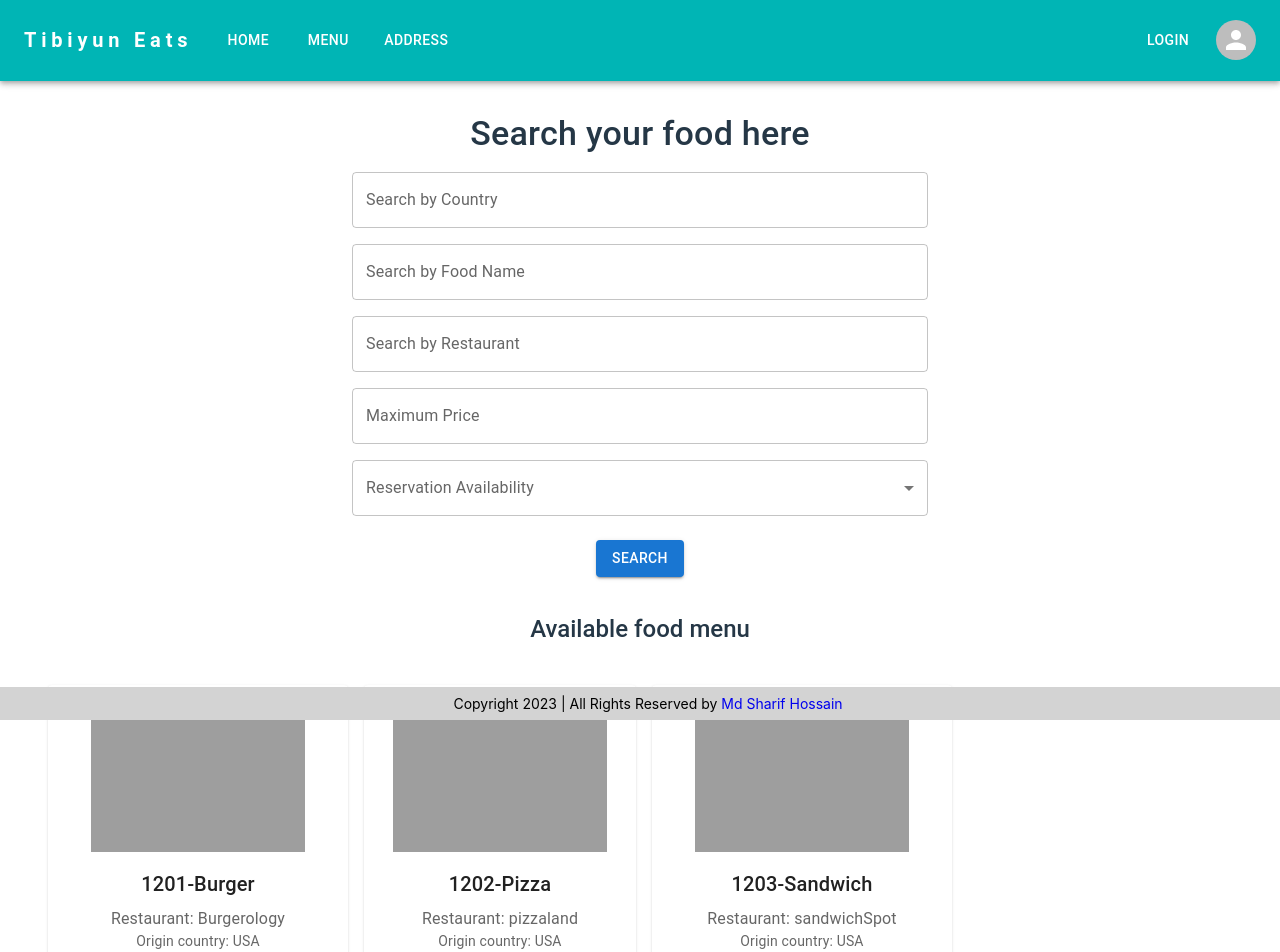
Repository: Sharif-00112/tibiyun-test-frontend
Page: /
These files come from the project's save history. The page is drawn as it stood at one moment and after the next save; the edit follows.
The browser window is 1280 px wide. The pictures show the part of the page from y = 0 to 952 px (the page is 3146 px tall).
Pictures or frames that could not be fetched are drawn as grey boxes. The page's requests for data from a server got no answer. The project was rebuilt for these pictures with package versions that can differ from the ones it lists, and the page was loaded fresh each time. No one was signed in, and anything a server would have sent is missing. Also part of the build but not shown: src/Pages/NotFound/NotFound.js, src/Pages/Login/Login/Login.js, src/Pages/Login/Register/Register.js, src/Pages/Dashboard/Dashboard/Dashboard.js, src/Pages/Login/PrivateRoute/PrivateRoute.js, src/Pages/Dashboard/AdminPanel/AdminPanel.js. Imported but missing from the stored project, and not drawn on this page: src/Pages/Login/AdminRoute/AdminRoute, src/hooks/useTitle.

Above is the page before, as saved 2023-08-22 15:14:37.

### src/App.js
// import logo from './logo.svg';
import './App.css';
import { BrowserRouter as Router, Route, Routes} from 'react-router-dom';
import Home from './Pages/Home/Home/Home';
import NotFound from './Pages/NotFound/NotFound';
import Login from './Pages/Login/Login/Login';
import Register from './Pages/Login/Register/Register';
import AuthProvider from './contexts/AuthProvider/AuthProvider';
import Dashboard from './Pages/Dashboard/Dashboard/Dashboard';
import PrivateRoute from './Pages/Login/PrivateRoute/PrivateRoute';
import Navbar from './Pages/Shared/Header/Navbar/Navbar';
import Footer from './Pages/Shared/Footer/Footer';
import AdminRoute from './Pages/Login/AdminRoute/AdminRoute';
import AdminPanel from './Pages/Dashboard/AdminPanel/AdminPanel';


function App() {
  return (
    <div className="App">
      <AuthProvider>
        <Router>
          <Navbar></Navbar>
          <Routes>
            <Route exact path = '/' element={<Home/>}/>
            <Route exact path = '/home' element={<Home/>}/>
            <Route exact path='/login' element={<Login/>} />
            <Route exact path='/register' element={<Register/>} />

            <Route exact path='/dashboard' element={
              <PrivateRoute>
                <Dashboard></Dashboard>
              </PrivateRoute>
            } />

            <Route exact path='/admin' element={
              <AdminRoute>
                <AdminPanel></AdminPanel>
              </AdminRoute>
            } />

            <Route path = '*' element={<NotFound/>}/>
          </Routes>
          <Footer></Footer>
        </Router>
      </AuthProvider>
    </div>
  );
}

export default App;

### src/Pages/Home/Home/Home.js
import React from 'react';
import WholeMenu from '../WholeMenu/WholeMenu';

const Home = () => {
    return (
        <div>
            <WholeMenu></WholeMenu>
        </div>
    );
};

export default Home;

### src/contexts/AuthProvider/AuthProvider.js
import React from 'react';
import { createContext } from 'react';
import useFirebase from '../../hooks/useFirebase';

export const AuthContext = createContext();

const AuthProvider = (props) => {
    const {children} = props;

    const allContexts = useFirebase();

    return (
        <AuthContext.Provider value={allContexts}>
            {children}
        </AuthContext.Provider>
    );
};

export default AuthProvider;

### src/Pages/Shared/Footer/Footer.js
import { Box, Typography } from '@mui/material';
import React from 'react';

const Footer = () => {
    return (
        <Box
            sx={{
                backgroundColor: 'lightgray',
                position: 'fixed',
                bottom: 0,
                left: 0,
                width: '100%',
                padding: '8px',
                marginTop: '15px'
            }}
        >
            <Typography sx={{ my: 0, mt: 0, fontSize: 14, fontWeight: 400 }} variant="" component="div">
                Copyright 2023 | All Rights Reserved by <a style={{textDecoration: 'none'}} href="http://www.sharif-hossain.com">Md Sharif Hossain</a>
            </Typography>
        </Box>
    );
};

export default Footer;

### src/Pages/Home/WholeMenu/WholeMenu.js
import React, { useState, useEffect } from 'react';
import Grid from '@mui/material/Grid';
import { Button, Container, Typography, TextField, MenuItem as MuiMenuItem } from '@mui/material';
import { Link } from 'react-router-dom';
import MenuItem from '../MenuItem/MenuItem';
import useAuth from '../../../hooks/useAuth';

const WholeMenu = () => {
    const { user } = useAuth();

    const [menu, setMenu] = useState([]);
    const [searchCountry, setSearchCountry] = useState('');
    const [searchFoodName, setSearchFoodName] = useState('');
    const [searchRestaurant, setSearchRestaurant] = useState('');
    const [searchMaxPrice, setSearchMaxPrice] = useState('');
    const [searchReservation, setSearchReservation] = useState('');
    const [searchResults, setSearchResults] = useState([]);

    useEffect(() => {
        const url = `/foodDB.json`;
        fetch(url)
            .then(res => res.json())
            .then(data => {
                setMenu(data);
                setSearchResults(data);
            });
    }, []);

    const filterMenuItems = () => {
        return menu.filter(menuItem =>
            menuItem.foodCountry.toLowerCase().includes(searchCountry.toLowerCase()) &&
            menuItem.foodName.toLowerCase().includes(searchFoodName.toLowerCase()) &&
            menuItem.restaurantName.toLowerCase().includes(searchRestaurant.toLowerCase()) &&
            (searchMaxPrice === '' || parseFloat(menuItem.foodPrice) <= parseFloat(searchMaxPrice)) &&
            (searchReservation === '' || menuItem.reservationAvailability.toLowerCase() === searchReservation.toLowerCase())
        );
    };

    const handleSearchSubmit = () => {
        // search operation
        const results = filterMenuItems();
        setSearchResults(results);

        // sending data to DB
        sendSearchResultsToDatabase(results);
    };

    const sendSearchResultsToDatabase = (results) => {
        const userEmail = user.email; // Replace with the actual user's email
        const currentDate = new Date().toISOString(); // Get the current date and time

        const dataToSend = {
            userEmail: userEmail,
            currentDate: currentDate,
            searchedBy: {searchCountry, searchFoodName, searchRestaurant, searchMaxPrice, searchReservation},
            searchResults: results,
        };

        const apiUrl = 'http://localhost:3010/searchResults';
        fetch(apiUrl, {
            method: 'POST',
            headers: {
                'Content-Type': 'application/json',
            },
            body: JSON.stringify(dataToSend),
        })
        .then(response => response.json())
        .then(data => {
            // console.log(data);
            if(data.insertedId){
                alert('Search result submitted successfully!');
            }
        })
        .catch(error => {
            console.error('Error sending search results to the database:', error);
        });
    };


    return (
        <div>
            <Container sx={{ flexGrow: 1, my: 4 }}>
                <Typography sx={{ fontWeight: 500, m: '25px auto 10px auto', color: '#253746' }} gutterBottom variant="h4" component="div">
                    Search your food here
                </Typography>

                <TextField
                    label="Search by Country"
                    value={searchCountry}
                    onChange={(e) => setSearchCountry(e.target.value)}
                    fullWidth
                    variant="outlined"
                    sx={{ m: 1, width: '50%' }}
                />

                <TextField
                    label="Search by Food Name"
                    value={searchFoodName}
                    onChange={(e) => setSearchFoodName(e.target.value)}
                    fullWidth
                    variant="outlined"
                    sx={{ m: 1, width: '50%' }}
                />

                <TextField
                    label="Search by Restaurant"
                    value={searchRestaurant}
                    onChange={(e) => setSearchRestaurant(e.target.value)}
                    fullWidth
                    variant="outlined"
                    sx={{ m: 1, width: '50%' }}
                />

                <TextField
                    label="Maximum Price"
                    type="number"
                    value={searchMaxPrice}
                    onChange={(e) => setSearchMaxPrice(e.target.value)}
                    fullWidth
                    variant="outlined"
                    sx={{ m: 1, width: '50%' }}
                />

                <TextField
                    select
                    label="Reservation Availability"
                    value={searchReservation}
                    onChange={(e) => setSearchReservation(e.target.value)}
                    fullWidth
                    variant="outlined"
                    sx={{ m: 1, width: '50%' }}
                >
                    <MuiMenuItem value="">All</MuiMenuItem>
                    <MuiMenuItem value="yes">Available</MuiMenuItem>
                    <MuiMenuItem value="no">Not Available</MuiMenuItem>
                </TextField>
                <br />
                {/* Submit Button */}
                <Button
                    variant="contained"
                    color="primary"
                    onClick={handleSearchSubmit}
                    sx={{ mt: 2 }}
                >
                    Search
                </Button>
                <br /><br />
                <Typography sx={{ fontWeight: 500, m: 2, color: '#253746' }} gutterBottom variant="h5" component="div">
                    Available food menu
                </Typography>
                <br /><br />
                <Grid container spacing={{ xs: 2, md: 3 }} columns={{ xs: 12, sm: 12, md: 12 }}>
                    {searchResults.map(menuItem => (
                        <MenuItem
                            key={menuItem.ID}
                            menuItem={menuItem}
                        />
                    ))}
                </Grid>
            </Container>
            <Typography sx={{ m: 1, color: '#2b6777', fontWeight: 400 }} variant="h6" component="div">
                Looking for something else?
            </Typography>
            <Button variant="contained" style={{ backgroundColor: '#253746' }} sx={{ mb: 4, textDecoration: 'none' }}>
                <Link to={'/contact'} style={{ textDecoration: 'none', color: 'white' }}>Contact US</Link>
            </Button>
            <br /><br />
        </div>
    );
};

export default WholeMenu;

### src/hooks/useAuth.js
import { useContext } from "react"
import { AuthContext } from "../../src/contexts/AuthProvider/AuthProvider"

const useAuth = () =>{
    return useContext(AuthContext);
}

export default useAuth;

### src/hooks/useFirebase.js
import { useState } from "react";
import initializeAuthentication from "../Pages/Login/Firebase/firebase.initialize";
import { getAuth, signInWithPopup, GoogleAuthProvider, onAuthStateChanged, signOut, createUserWithEmailAndPassword, signInWithEmailAndPassword, sendPasswordResetEmail, updatePassword, sendEmailVerification, updateProfile, getIdToken } from "firebase/auth";
import { useEffect } from "react";

initializeAuthentication();

const useFirebase = () =>{
    const [user, setUser] = useState({});
    const [error, setError] = useState('');
    const [name, setName] = useState('');
    const [email, setEmail] = useState('');
    const [password, setPassword] = useState('');
    const [isLoading, setIsLoading] = useState(true);
    const [admin, setAdmin] = useState(false);
    const [token, setToken] = useState('');

    const googleProvider = new GoogleAuthProvider();
    const auth = getAuth();

    const signInUsingGoogle = (location, navigate) =>{
      setIsLoading(true);
      signInWithPopup(auth, googleProvider)
      .then((result) => {
          // This gives you a Google Access Token. You can use it to access the Google API.
          // const credential = GoogleAuthProvider.credentialFromResult(result);
          // const token = credential.accessToken;
          // The signed-in user info.
          setUser(result.user);
          // save user to the database
          saveUserToDB(result.user.email, result.user.displayName, 'PUT');
          const destination = location?.state?.from || '/dashboard';
          navigate(destination);
      }).catch((error) => {
          // Handle Errors here.
          setError(error.code);
          setError(error.message);
          // The email of the user's account used.
          setError(error.customData.email);
          // The AuthCredential type that was used.
          setError(GoogleAuthProvider.credentialFromError(error));
      }).finally(() =>{
        setIsLoading(false);
      });
    };

    const customLogin = (email, password, location, navigate) =>{
      setIsLoading(true);
      signInWithEmailAndPassword(auth, email, password)
      .then((userCredential) => {
        // Signed in
        const destination = location?.state?.from || '/';
        navigate(destination);
        setUser(userCredential.user);
        setError('');
      })
      .catch((error) => {
        setError(error.code);
        setError(error.message);
      })
      .finally(() => setIsLoading(false));
    };

    const customRegister = (email, password, navigate, name) =>{
      setIsLoading(true);
      createUserWithEmailAndPassword(auth, email, password)
      .then((userCredential) => {
        // Signed in
        // updating name in firebase
        updateProfile(auth.currentUser, {
          displayName: name
        }).then(() => {
          // Profile updated!
        }).catch((error) => {
          setError(error.code);
          setError(error.message);
        });
        // const user = userCredential.user;
        // console.log(user);
        setUser(userCredential.user);
        // save user to the database
        saveUserToDB(userCredential.user.email, userCredential.user.displayName, 'POST')
        // clear error message
        setError('');
        alert("Registration successful. Please login now");
        logout();
        navigate('/login')
      })
      .catch((error) => {
        setError(error.code);
        setError(error.message);
      })
      .finally(() => setIsLoading(false));
    };

    const handleLoginSubmitBtn = e =>{
      e.preventDefault();
      // console.log(email, password);
      customLogin(email, password);
    }

    const handleRegisterSubmitBtn = e =>{
      e.preventDefault();
      // console.log(email, password);

      if(!/.{8,}/.test(password)){
        setError('Ensure password is of minimum length 8');
        return;
      }
      customRegister(email, password);
    }

    const handleNameChange = e =>{
      setName(e.target.value);
    }

    const handleEmailChange = e =>{
      setEmail(e.target.value);
    }

    const handlePasswordChange = e =>{
      setPassword(e.target.value);
    }

    const handleForgotPassword = () =>{
      sendPasswordResetEmail(auth, email)
      .then(() => {
        // Password reset email sent!
      })
      .catch((error) => {
        setError(error.code);
        setError(error.message);
      });
    }

    const handleChangePassword = () =>{
      const user = auth.currentUser;
      const newPassword = password;
      updatePassword(user, newPassword).then(() => {
        // Update successful.
      }).catch((error) => {
        setError(error.code);
        setError(error.message);
      });
    }

    const setUserName = () =>{
      updateProfile(auth.currentUser, {
        displayName: name
      }).then(() => {
        // Profile updated!
      }).catch((error) => {
        setError(error.code);
        setError(error.message);
      });
    }

    const verifyEmail = () =>{
      sendEmailVerification(auth.currentUser)
      .then(() => {
        // Email verification sent!
      }).catch((error) => {
        setError(error.code);
        setError(error.message);
      });
    }

    //observe user login change
    useEffect(()=>{
        const unsubscribe = onAuthStateChanged(auth, (user) => {
            if (user) {
              // User is signed in
              setUser(user);

              //JWT (different style from Firebase documentation)
              getIdToken(user)
              // .then(idToken => console.log(idToken))
              // .then(idToken => localStorage.setItem('idToken', idToken))
              .then(idToken => setToken(idToken))

            } else {
              // User is signed out
              setUser({});
            }
            setIsLoading(false);
          });
          return () => unsubscribe;
    },[auth]);

    // check Admin
    useEffect( () =>{
      fetch(`http://localhost:3010/users/${user.email}`)
      .then(res => res.json())
      .then(data => setAdmin(data.admin))
    } ,[user.email])

    const logout = () =>{
      setIsLoading(true);
      signOut(auth)
      .then(() => {
          // Sign-out successful.
          setUser({});
        }).catch((error) => {
          setError(error);
        }).finally(()=>{
          setIsLoading(false);
        });
    }

    const saveUserToDB = (email, displayName, method) =>{
      const user = {email, displayName};
      fetch('http://localhost:3010/users', {
          method: method,
          headers: {
              'content-type' : 'application/json'
          },
          body: JSON.stringify(user)
      })
      .then()
    }

    return {
      signInUsingGoogle,
      customLogin,
      customRegister,
      handleLoginSubmitBtn,
      handleRegisterSubmitBtn,
      handleNameChange,
      handleEmailChange,
      handlePasswordChange,
      handleForgotPassword,
      handleChangePassword,
      verifyEmail,
      setUserName,
      logout,
      user,
      admin,
      error,
      isLoading,
      token
    };
}

export default useFirebase;

### src/Pages/Home/MenuItem/MenuItem.js
import React from 'react';
import Grid from '@mui/material/Unstable_Grid2';
import Card from '@mui/material/Card';
import CardActions from '@mui/material/CardActions';
import CardContent from '@mui/material/CardContent';
import CardMedia from '@mui/material/CardMedia';
import Button from '@mui/material/Button';
import Typography from '@mui/material/Typography';


const MenuItem = (props) => {
    const { foodCode, foodName, foodImage, foodCountry, foodPrice, restaurantName, restaurantAddress, reservationAvailability } = props.menuItem;

    return (
        <Grid xs={6} sm={4} md={3} >
            <Card sx={{ maxWidth: 300, m:1 }}>
                <CardMedia
                    component="img"
                    src={foodImage}
                    alt={foodName}
                    style={{ width: 'auto', height: 160, margin: '0 auto', marginTop: '7px'}}
                />
                <CardContent>
                    <Typography gutterBottom variant="h6" component="div" sx={{ overflow: 'hidden', textOverflow: 'ellipsis', display: '-webkit-box', WebkitBoxOrient: 'vertical', WebkitLineClamp: 1 }}>
                        {foodCode}-{foodName}
                    </Typography>
                    <Typography variant="body1" color="text.secondary" sx={{ overflow: 'hidden', textOverflow: 'ellipsis', display: '-webkit-box', WebkitBoxOrient: 'vertical', WebkitLineClamp: 1 }}>
                        Restaurant: {restaurantName}
                    </Typography>
                    <Typography variant="body2" color="text.secondary" sx={{ overflow: 'hidden', textOverflow: 'ellipsis', display: '-webkit-box', WebkitBoxOrient: 'vertical', WebkitLineClamp: 1 }}>
                        Origin country: {foodCountry}
                    </Typography>
                    <Typography variant="body2" color="text.secondary" sx={{ overflow: 'hidden', textOverflow: 'ellipsis', display: '-webkit-box', WebkitBoxOrient: 'vertical', WebkitLineClamp: 1 }}>
                        Address: {restaurantAddress}
                    </Typography>
                    <Typography variant="body2" color="text.secondary" sx={{ overflow: 'hidden', textOverflow: 'ellipsis', display: '-webkit-box', WebkitBoxOrient: 'vertical', WebkitLineClamp: 1 }}>
                        Res. Requirement: {reservationAvailability}
                    </Typography>
                </CardContent>
                <CardActions  style={{ display: 'flex', justifyContent: 'space-around' }}>
                    <Button size="small">BDT {foodPrice}</Button>
                    <Button size="small">Order Online</Button>
                </CardActions>
            </Card>
        </Grid>
    );
};

export default MenuItem;

### src/Pages/Login/Firebase/firebase.initialize.js
// console.log(process.env);
import { initializeApp } from "firebase/app";
import firebaseConfig from "./firebase.config";

const initializeAuthentication = () =>{
    initializeApp(firebaseConfig);
}

export default initializeAuthentication;

### src/Pages/Login/Firebase/firebase.config.js
// console.log(process.env);

const firebaseConfig = {
    apiKey: process.env.REACT_APP_FIREBASE_API_KEY,
    authDomain: process.env.REACT_APP_FIREBASE_AUTH_DOMAIN,
    projectId: process.env.REACT_APP_FIREBASE_PROJECT_ID,
    storageBucket: process.env.REACT_APP_FIREBASE_STORAGE_BUCKET,
    messagingSenderId: process.env.REACT_APP_FIREBASE_MESSAGING_SENDER_ID,
    appId: process.env.REACT_APP_FIREBASE_APP_ID,
    measurementId: process.env.REACT_APP_FIREBASE_MEASUREMENT_ID
  };

  export default firebaseConfig;

Loaded but not shown: src/index.js (common file); src/index.css (common file); src/reportWebVitals.js (common file); src/App.css (common file); public/foodDB.json (202 lines, source omitted); src/Pages/Shared/Header/Navbar/Navbar.js (229 lines, source omitted)

After the next save:
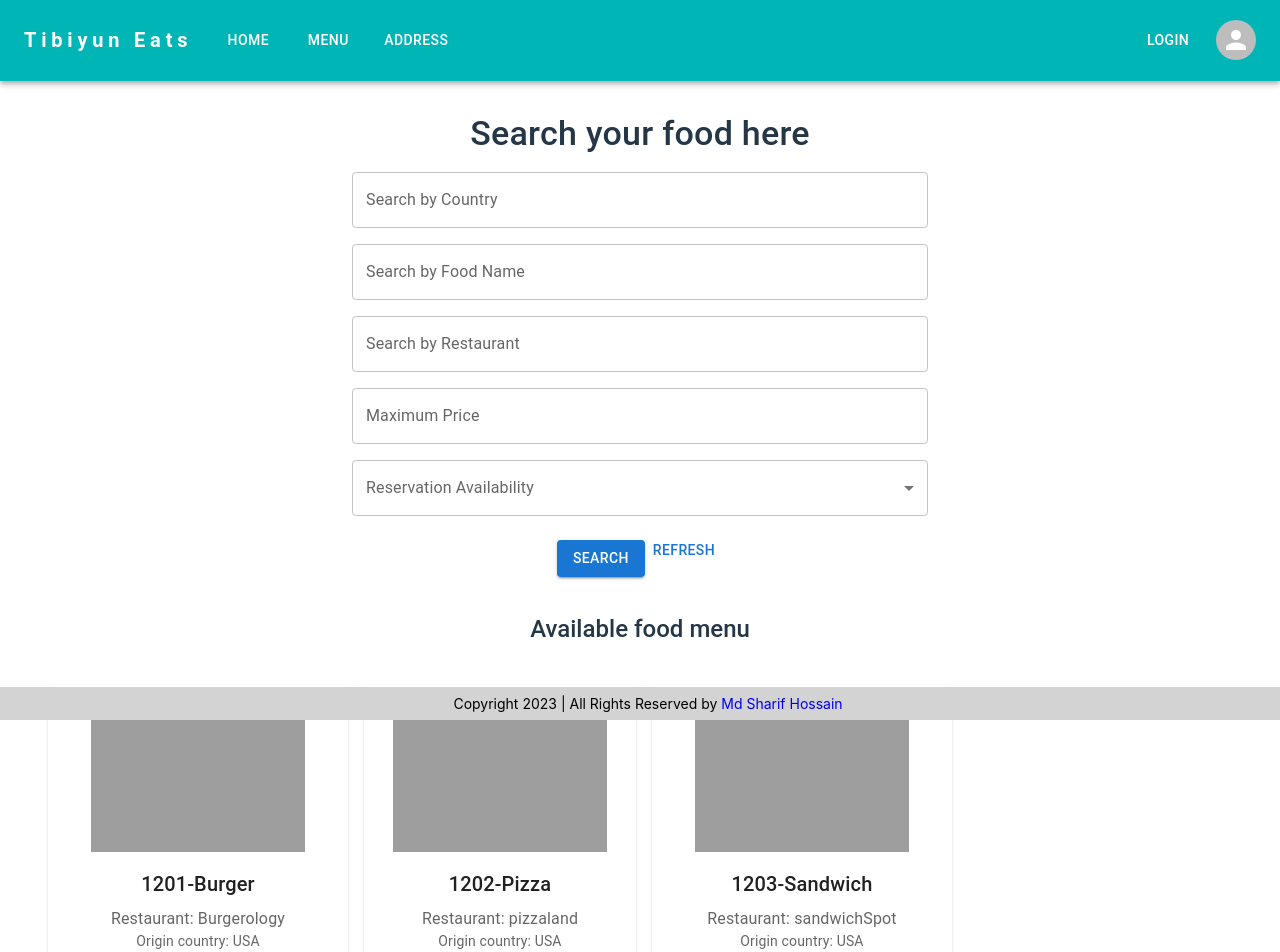
Saved 3 min 32 s later.
--- a/src/Pages/Home/WholeMenu/WholeMenu.js
+++ b/src/Pages/Home/WholeMenu/WholeMenu.js
@@ -144,6 +144,7 @@ const WholeMenu = () => {
                 >
                     Search
                 </Button>
+                <Button href="/">Refresh</Button>
                 <br /><br />
                 <Typography sx={{ fontWeight: 500, m: 2, color: '#253746' }} gutterBottom variant="h5" component="div">
                     Available food menu
